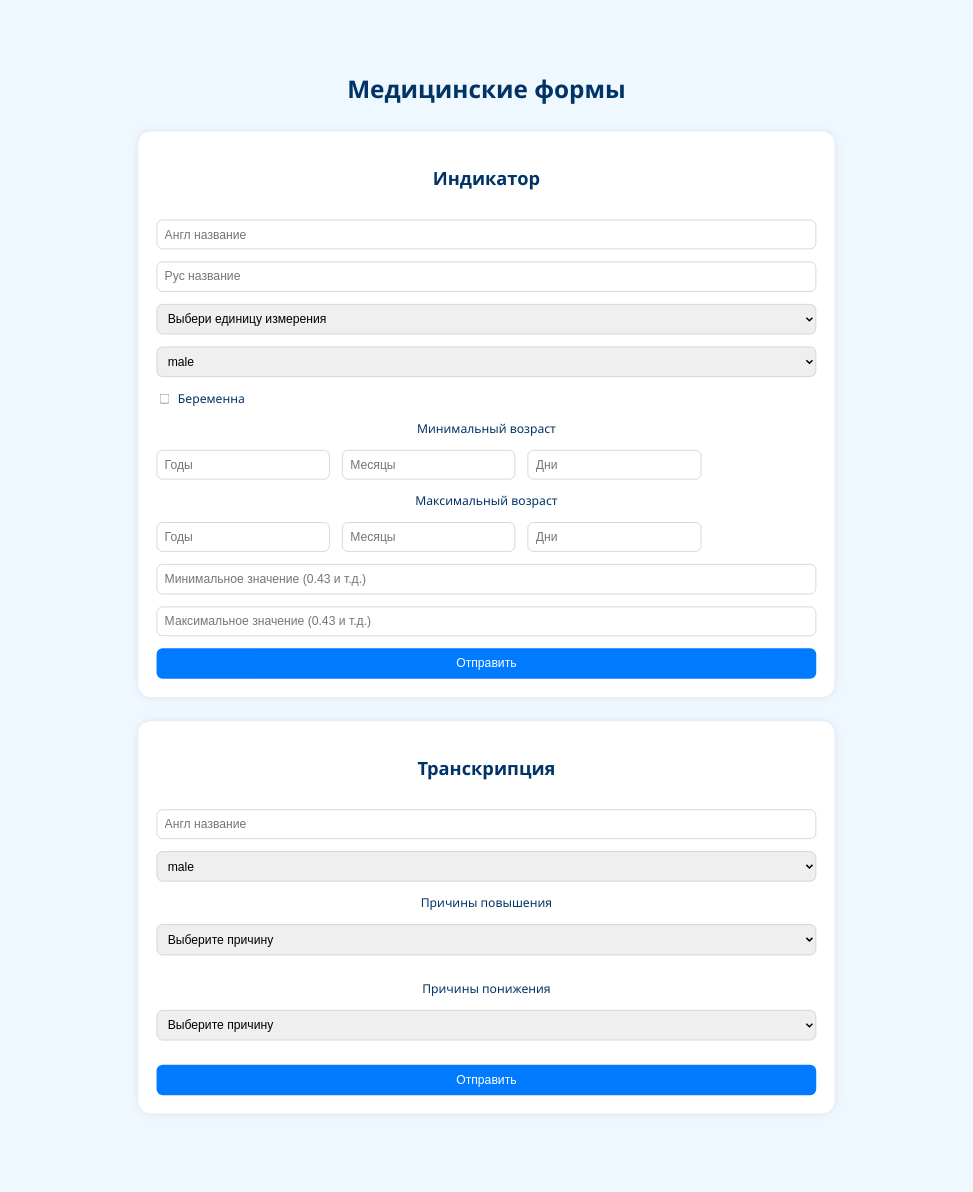
Repository: GGlebux/Transay
Page: / (app in frontend/)
These files come from the project's save history. The page is drawn as it stood at one moment and after the next save; the edit follows.
The browser window is 1280 px wide. The pictures show the whole page, at 76% of full size.
The project was rebuilt for these pictures with package versions that can differ from the ones it lists, and the page was loaded fresh each time. Also part of the build but not shown: frontend/vite.config.ts.

Above is the page before, as saved 2025-08-04 16:25:46.

### frontend/src/index.css
:root {
  font-family: system-ui, Avenir, Helvetica, Arial, sans-serif;
  line-height: 1.5;
  font-weight: 400;
  background-color: #f0f8ff;
  color-scheme: light dark;
  color: rgba(255, 255, 255, 0.87);


  font-synthesis: none;
  text-rendering: optimizeLegibility;
  -webkit-font-smoothing: antialiased;
  -moz-osx-font-smoothing: grayscale;
}

input {
  background: #ffffff;
}

### frontend/src/App.tsx
import './styles/forms.css';
import IndicatorForm from './components/IndicatorForm';
import TranscriptForm from './components/TranscriptForm';

function App() {
  return (
    <div className="container">
      <h1>Медицинские формы</h1>
      <IndicatorForm />
      <TranscriptForm />
    </div>
  );
}

export default App;

### frontend/src/styles/forms.css
#root {
  max-width: 980px;
  margin: 0 auto;
  padding: 2rem;
  text-align: center;
  background-color: #f0f8ff;
}



.container {
  padding: 2rem;
  background-color: #f0f8ff;
  color: #003366;
  font-family: 'Segoe UI', sans-serif;
}

h1 {
  text-align: center;
  margin-bottom: 2rem;
}

.form-card {
  background: white;
  padding: 1.5rem;
  border-radius: 1rem;
  box-shadow: 0 0 12px rgba(0, 51, 102, 0.1);
  margin-bottom: 2rem;
  display: flex;
  flex-direction: column;
  gap: 1rem;
}

input,
select {
  padding: 0.6rem;
  border: 1px solid #ccc;
  border-radius: 8px;
  font-size: 1rem;
}

button {
  background-color: #007bff;
  color: white;
  border: none;
  padding: 0.7rem 1.5rem;
  font-size: 1rem;
  border-radius: 8px;
  cursor: pointer;
  transition: background 0.3s ease;
}

button:hover {
  background-color: #0056b3;
}

.age-row {
  display: flex;
  gap: 1rem;
}

.checkbox {
  display: flex;
  align-items: center;
  gap: 0.5rem;
}

.tag-container {
  display: flex;
  flex-wrap: wrap;
  gap: 0.5rem;
}

.tag {
  background-color: #e6f0ff;
  border: 1px solid #007bff;
  color: #003366;
  padding: 0.4rem 0.8rem;
  border-radius: 20px;
  display: flex;
  align-items: center;
  gap: 0.5rem;
}

.tag button {
  background: none;
  border: none;
  font-size: 1.2rem;
  color: #007bff;
  cursor: pointer;
}

### frontend/src/components/IndicatorForm.tsx
import { useState, useEffect } from 'react';

const genders = ['male', 'female', 'both'];

function IndicatorForm() {
  const [units, setUnits] = useState<string[]>([]);

  useEffect(() => {
    // Заменить на свой API
    setUnits(['mg/L', 'mmol/L', 'g/dL']);
  }, []);

  return (
    <form className="form-card">
      <h2>Индикатор</h2>
      <input placeholder="Англ название" />
      <input placeholder="Рус название" />

      <select>
        <option>Выбери единицу измерения</option>
        {units.map((u) => (
          <option key={u}>{u}</option>
        ))}
      </select>

      <select>
        {genders.map((g) => (
          <option key={g} value={g}>
            {g}
          </option>
        ))}
      </select>

      <label className="checkbox">
        <input type="checkbox" />
        Беременна
      </label>

      <label>Минимальный возраст</label>
      <div className="age-row">
        <input placeholder="Годы" type="number" />
        <input placeholder="Месяцы" type="number" />
        <input placeholder="Дни" type="number" />
      </div>

      <label>Максимальный возраст</label>
      <div className="age-row">
        <input placeholder="Годы" type="number" />
        <input placeholder="Месяцы" type="number" />
        <input placeholder="Дни" type="number" />
      </div>

      <input placeholder="Минимальное значение (0.43 и т.д.)" type="number" step="0.0001" />
      <input placeholder="Максимальное значение (0.43 и т.д.)" type="number" step="0.0001" />

      <button type="submit">Отправить</button>
    </form>
  );
}

export default IndicatorForm;

### frontend/src/components/TranscriptForm.tsx
import { useState } from 'react';

const genders = ['male', 'female', 'both'];
const exampleReasons = ['Стресс', 'Инфекция', 'Беременность', 'Физнагрузка'];

function TranscriptForm() {
  const [raiseReasons, setRaiseReasons] = useState<string[]>([]);
  const [lowerReasons, setLowerReasons] = useState<string[]>([]);

  const handleSelect = (type: 'raise' | 'lower', value: string) => {
    const set = type === 'raise' ? setRaiseReasons : setLowerReasons;
    const current = type === 'raise' ? raiseReasons : lowerReasons;
    if (!current.includes(value)) set([...current, value]);
  };

  const handleRemove = (type: 'raise' | 'lower', value: string) => {
    const set = type === 'raise' ? setRaiseReasons : setLowerReasons;
    const current = type === 'raise' ? raiseReasons : lowerReasons;
    set(current.filter((r) => r !== value));
  };

  return (
    <form className="form-card">
      <h2>Транскрипция</h2>

      <input placeholder="Англ название" />

      <select>
        {genders.map((g) => (
          <option key={g} value={g}>
            {g}
          </option>
        ))}
      </select>

      <label>Причины повышения</label>
      <select onChange={(e) => handleSelect('raise', e.target.value)}>
        <option>Выберите причину</option>
        {exampleReasons.map((r) => (
          <option key={r}>{r}</option>
        ))}
      </select>

      <div className="tag-container">
        {raiseReasons.map((r) => (
          <span key={r} className="tag">
            {r}
            <button type="button" onClick={() => handleRemove('raise', r)}>
              ×
            </button>
          </span>
        ))}
      </div>

      <label>Причины понижения</label>
      <select onChange={(e) => handleSelect('lower', e.target.value)}>
        <option>Выберите причину</option>
        {exampleReasons.map((r) => (
          <option key={r}>{r}</option>
        ))}
      </select>

      <div className="tag-container">
        {lowerReasons.map((r) => (
          <span key={r} className="tag">
            {r}
            <button type="button" onClick={() => handleRemove('lower', r)}>
              ×
            </button>
          </span>
        ))}
      </div>

      <button type="submit">Отправить</button>
    </form>
  );
}

export default TranscriptForm;

Loaded but not shown: frontend/index.html (common file); frontend/src/main.tsx (common file)

After the next save:
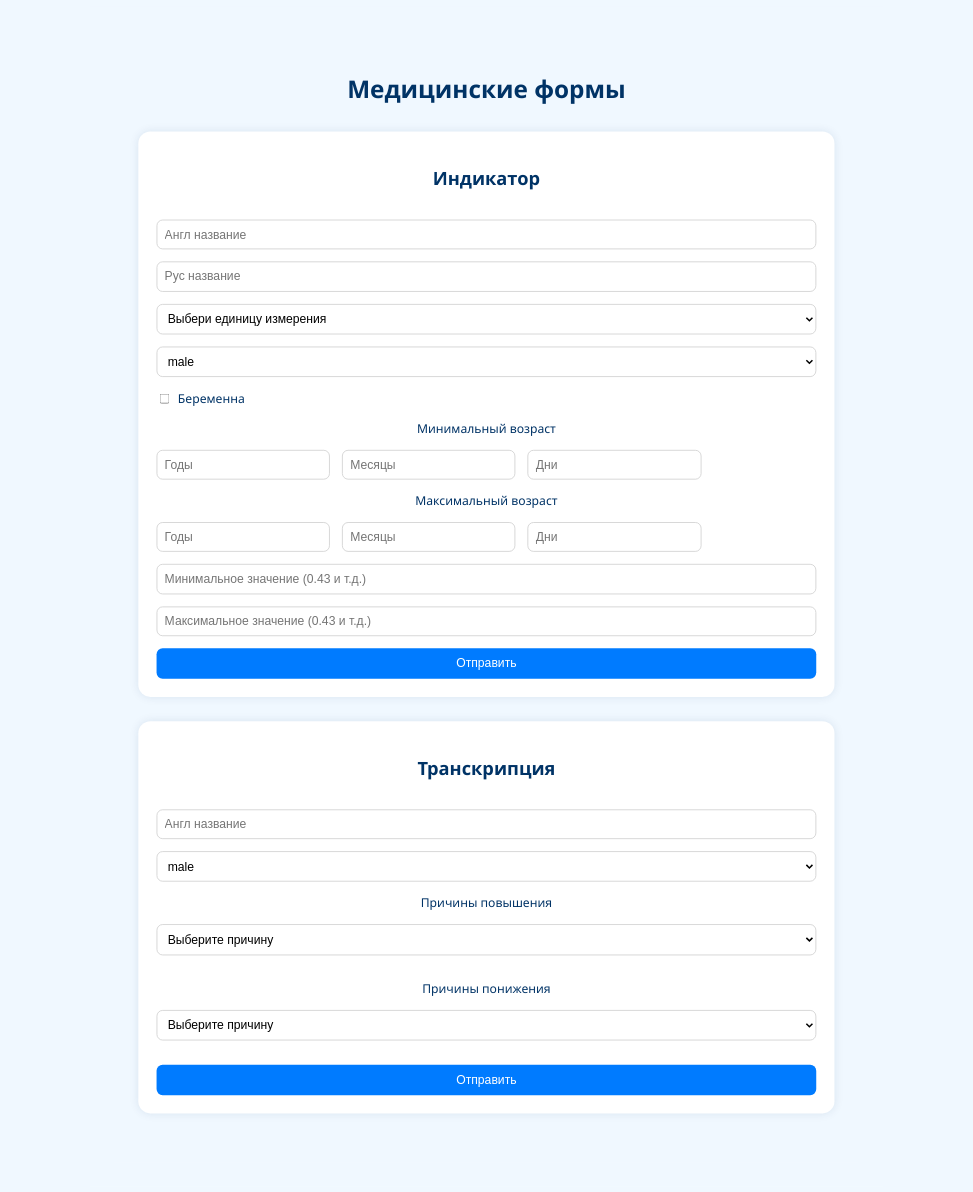
Saved 6 s later.
--- a/frontend/src/index.css
+++ b/frontend/src/index.css
@@ -13,6 +13,6 @@
   -moz-osx-font-smoothing: grayscale;
 }
 
-input {
+input, select {
   background: #ffffff;
 }
